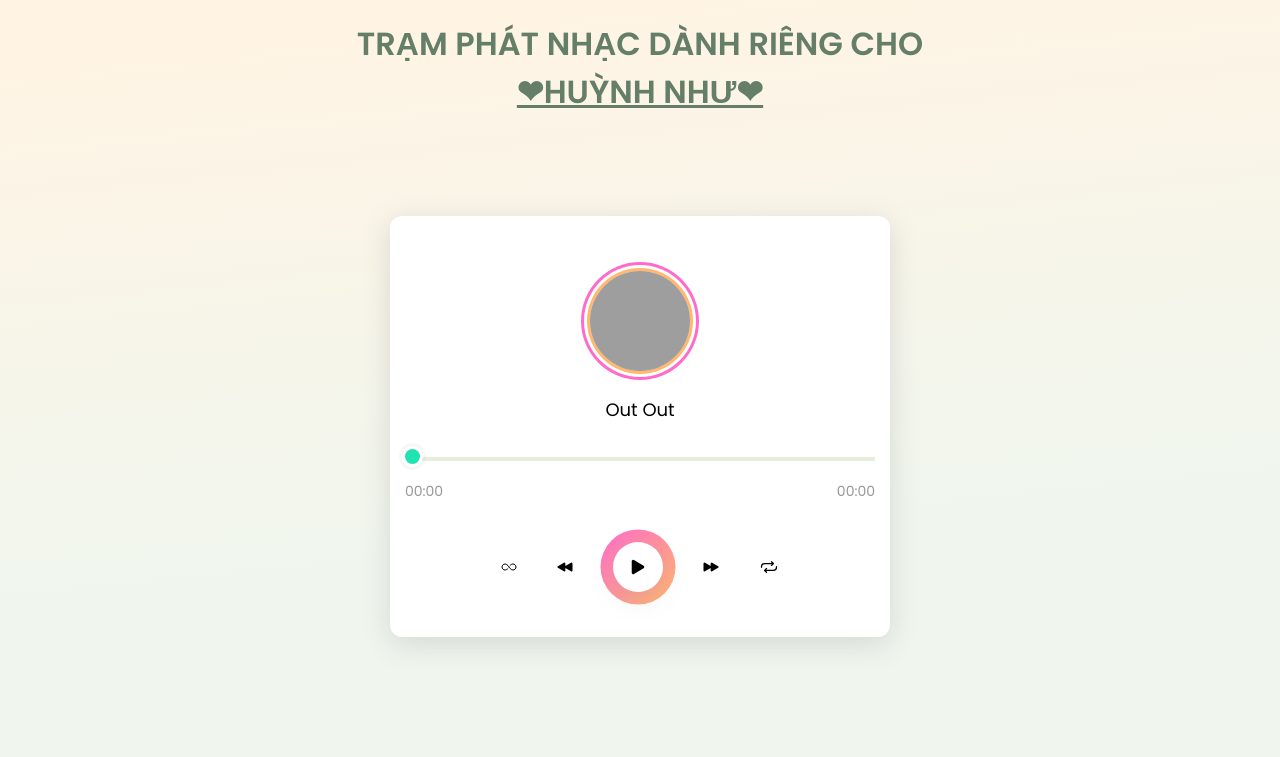
Repository: VuTuanAnh0949/Mp3
Page: index.html
The author's editor kept a copy of each file at every save. The page is drawn from the files as they stood at one save, then again after the next save.
The browser window is 1280 px wide. The pictures show the whole page.
Pictures or frames that could not be fetched are drawn as grey boxes.

Above is the page before, as saved 2022-09-25 15:05:08.

After the next save:
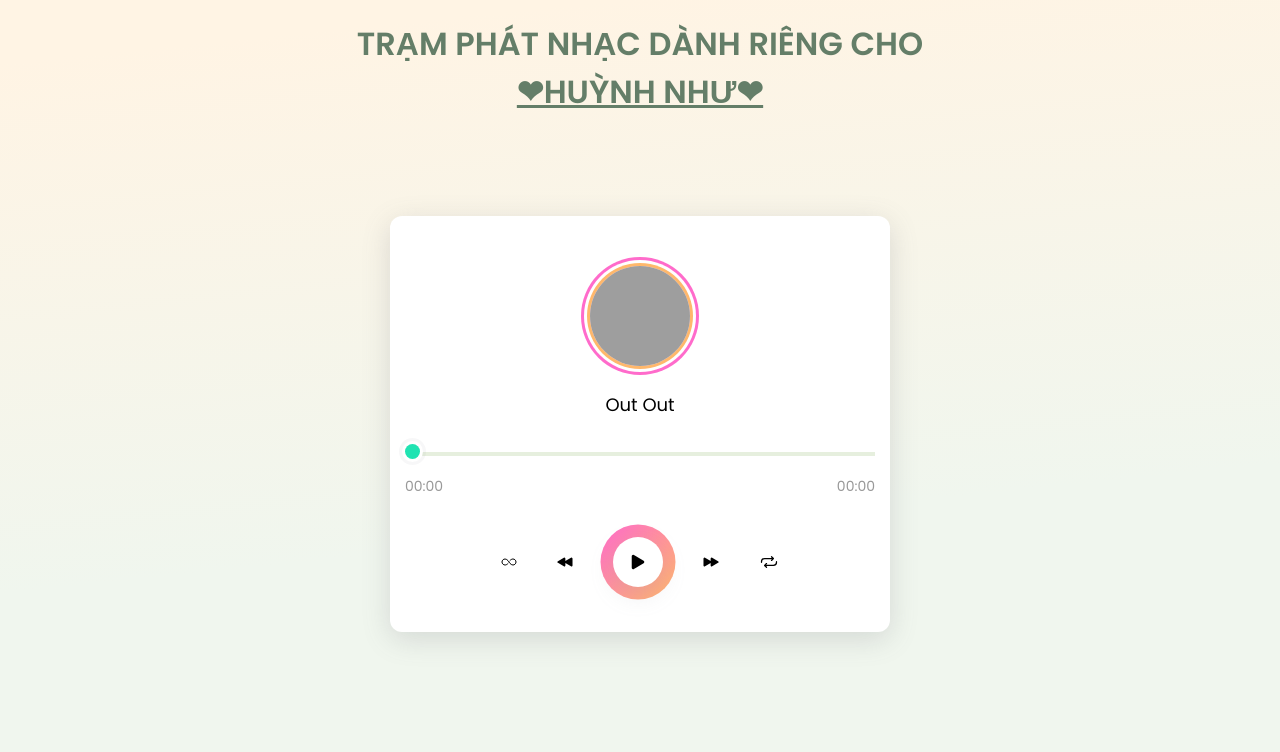
Saved 27 s later.
--- a/app.css
+++ b/app.css
@@ -53,7 +53,7 @@ html {
     border-radius: 12px;
     background-color: white;
     box-shadow: rgba(100, 100, 111, 0.2) 0px 7px 29px 0px;
-    padding: 55px 15px 45px;
+    padding: 50px 15px 45px;
   }
   .music-thumb {
     width: 100px;
